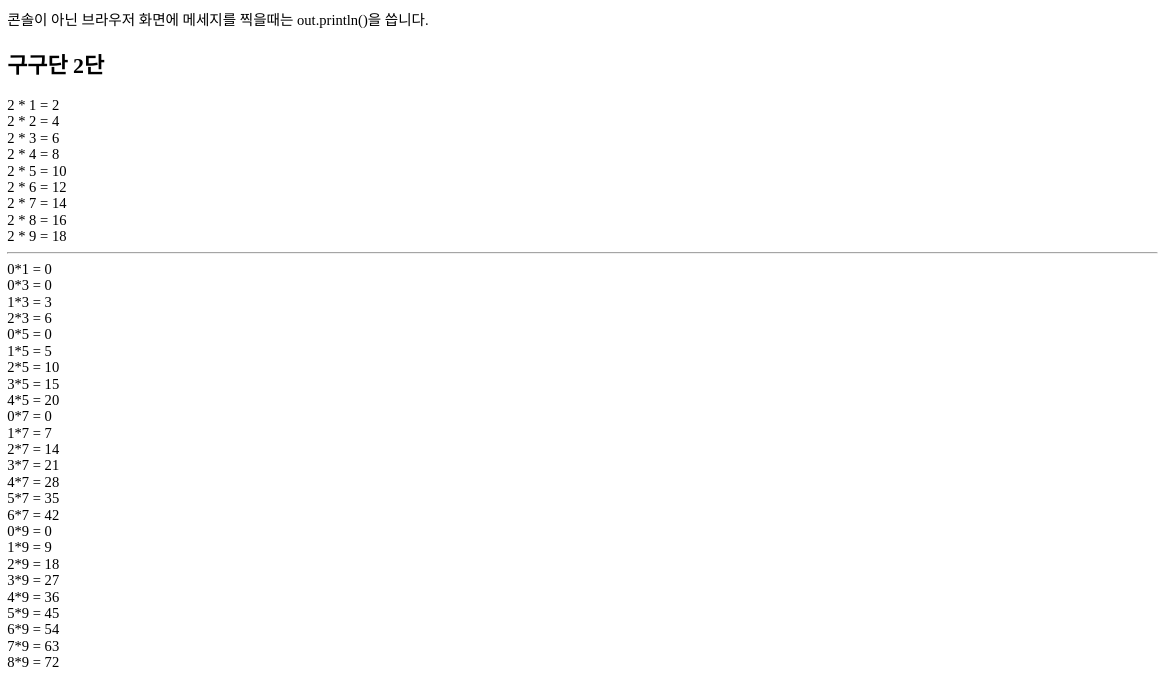
Repository: HeeMang28/jsp
Page: http://localhost/JSPBasic/jsptag/scriptlet.jsp
An editor plug-in stored every save of this project. The page is shown before and after the next save, followed by the edit.
The browser window is 1280 px wide. The pictures show the whole page, at 91% of full size.
The page is served by Tomcat 9.

Above is the page before, as saved 2022-03-22 11:48:29.

After the next save:
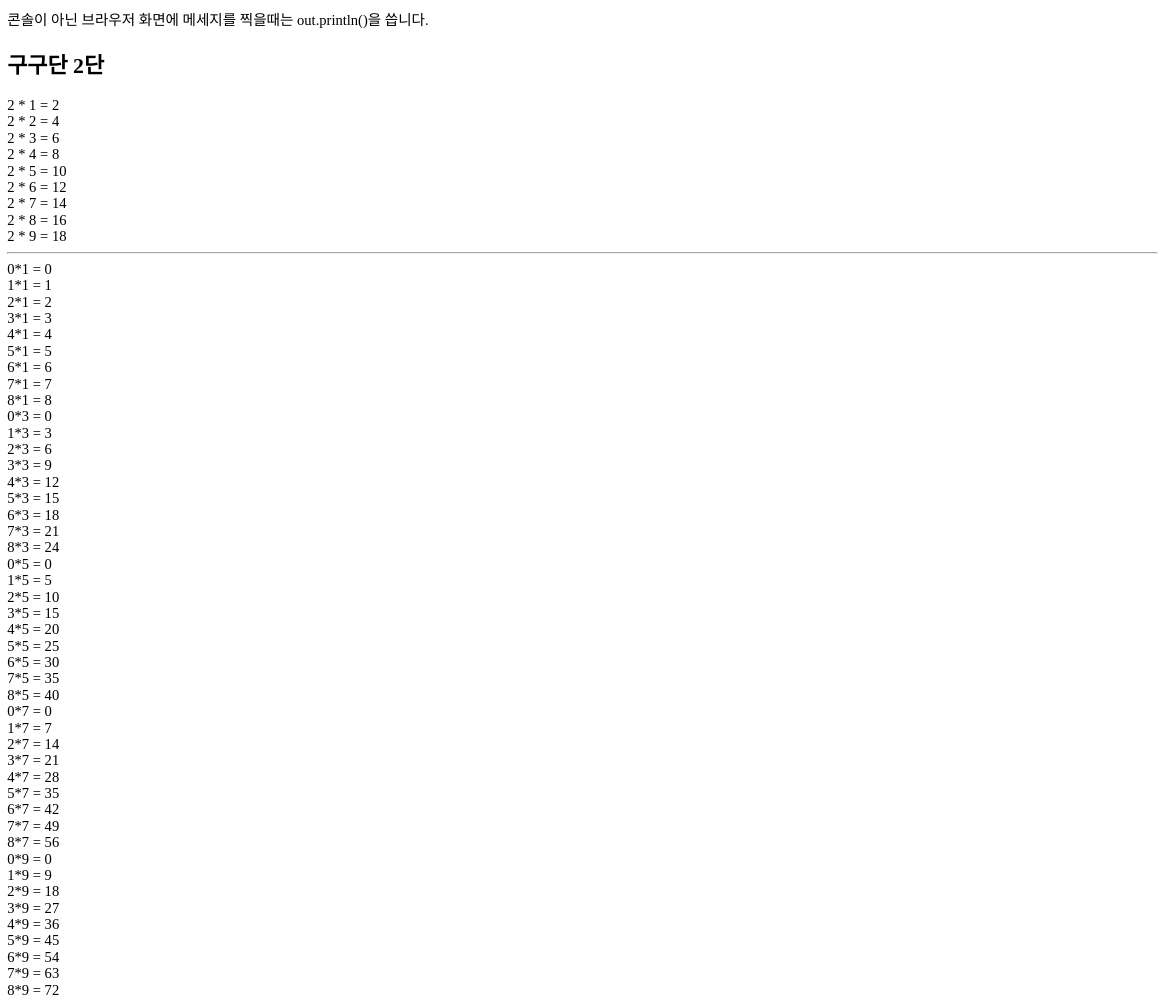
Saved 39 s later.
--- a/JSPBasic/src/main/webapp/jsptag/scriptlet.jsp
+++ b/JSPBasic/src/main/webapp/jsptag/scriptlet.jsp
@@ -21,7 +21,7 @@
 	<%
 		for(int i = 1; i < 10; i++){
 			if (i % 2 == 1){
-				for(int j = 0; j < i; j++){
+				for(int j = 0; j < 9; j++){
 					out.println(j + "*" + i + " = " + (j * i) + "<br/>");
 				}
 			}
